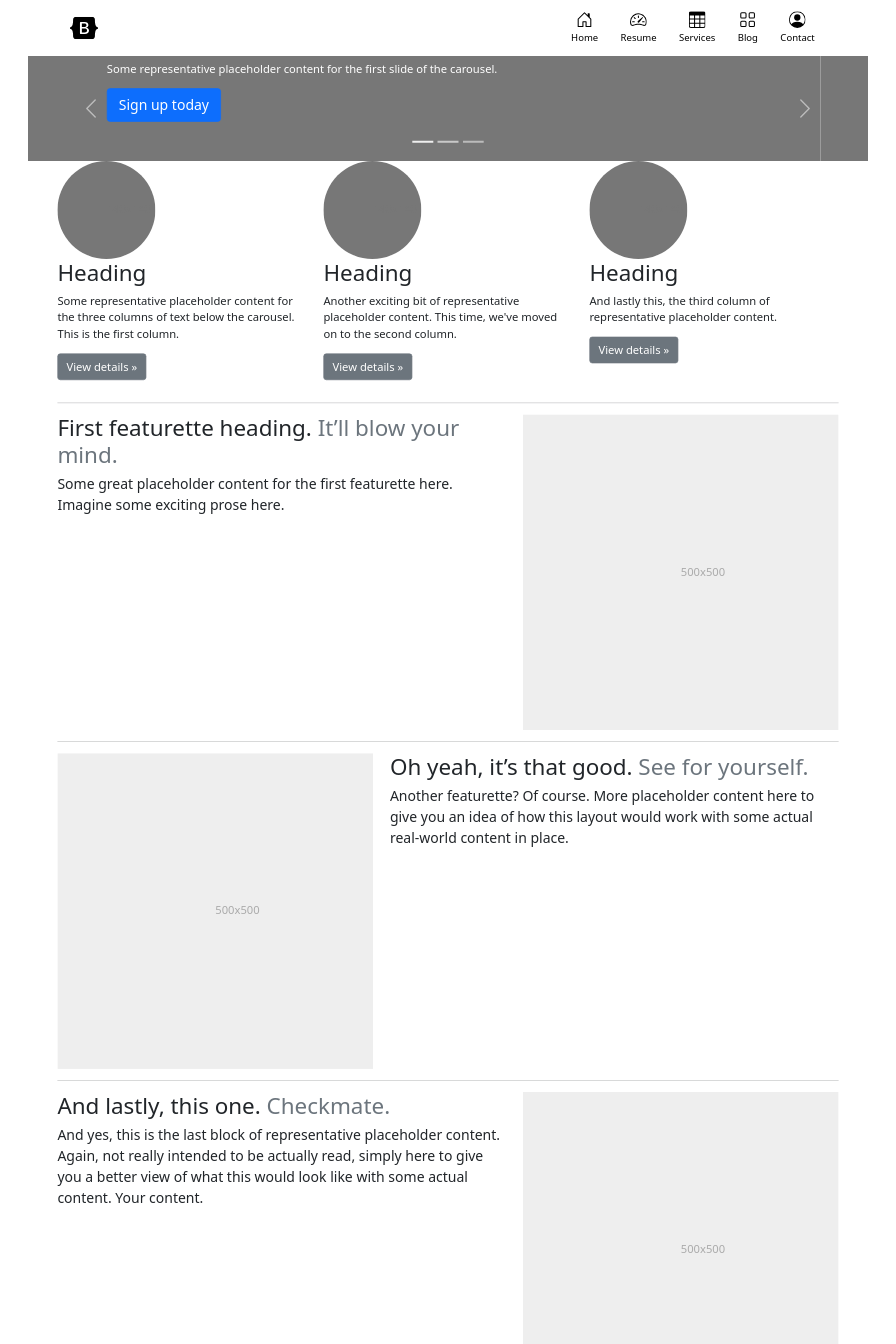
Repository: HeZhao-hugh/personal-web
Page: index.html
These files come from the project's save history. The page is drawn as it stood at one moment and after the next save; the edit follows.
The browser window is 1280 px wide. The pictures show the part of the page from y = 0 to 1920 px (the page is 2221 px tall before and 3271 px after), at 70% of full size.

Above is the page before, as saved 2022-01-19 18:10:23.

After the next save:
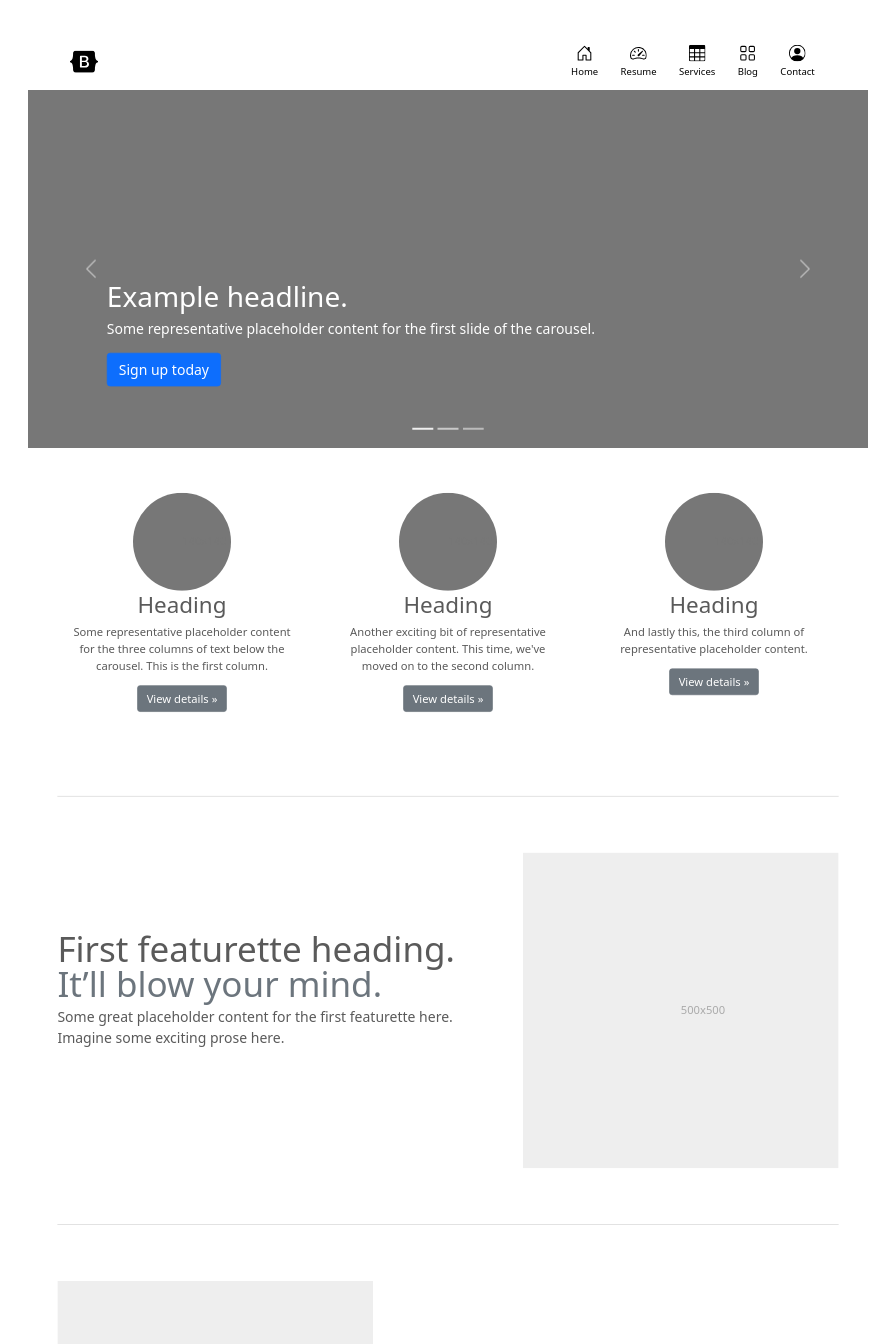
Saved 2 min 28 s later.
--- a/style.css
+++ b/style.css
@@ -27,7 +27,7 @@
     outline: 0;
   }
 
-  .pages {
+  /* .pages {
     padding: 15px 0;
     position: relative;
     flex: 1;
@@ -65,3 +65,94 @@
     border-bottom-left-radius: 16px;
     border-bottom-right-radius: 16px;
   }
+   */
+
+   /* GLOBAL STYLES
+-------------------------------------------------- */
+/* Padding below the footer and lighter body text */
+
+body {
+  padding-top: 3rem;
+  padding-bottom: 3rem;
+  color: #5a5a5a;
+}
+
+
+/* CUSTOMIZE THE CAROUSEL
+-------------------------------------------------- */
+
+/* Carousel base class */
+.carousel {
+  margin-bottom: 4rem;
+}
+/* Since positioning the image, we need to help out the caption */
+.carousel-caption {
+  bottom: 3rem;
+  z-index: 10;
+}
+
+/* Declare heights because of positioning of img element */
+.carousel-item {
+  height: 32rem;
+}
+.carousel-item > img {
+  position: absolute;
+  top: 0;
+  right: 0;
+  min-width: 100%;
+  height: 32rem;
+}
+
+
+/* MARKETING CONTENT
+-------------------------------------------------- */
+
+/* Center align the text within the three columns below the carousel */
+.marketing .col-lg-4 {
+  margin-bottom: 1.5rem;
+  text-align: center;
+}
+.marketing h2 {
+  font-weight: 400;
+}
+.marketing .col-lg-4 p {
+  margin-right: .75rem;
+  margin-left: .75rem;
+}
+
+
+/* Featurettes
+------------------------- */
+
+.featurette-divider {
+  margin: 5rem 0; /* Space out the Bootstrap <hr> more */
+}
+
+/* Thin out the marketing headings */
+.featurette-heading {
+  font-weight: 300;
+  line-height: 1;
+}
+
+
+/* RESPONSIVE CSS
+-------------------------------------------------- */
+
+@media (min-width: 40em) {
+  /* Bump up size of carousel content */
+  .carousel-caption p {
+    margin-bottom: 1.25rem;
+    font-size: 1.25rem;
+    line-height: 1.4;
+  }
+
+  .featurette-heading {
+    font-size: 50px;
+  }
+}
+
+@media (min-width: 62em) {
+  .featurette-heading {
+    margin-top: 7rem;
+  }
+}
